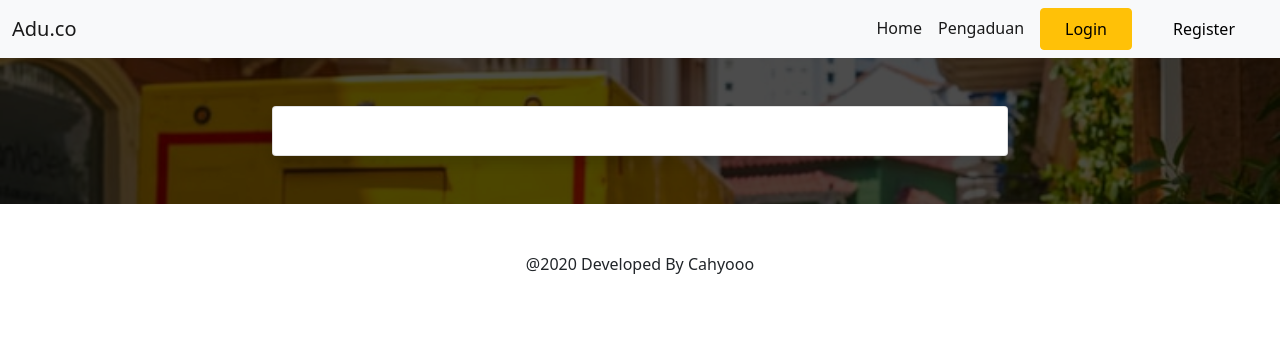
Repository: khulqu15/pengaduan2
Page: http://localhost/form/pengaduan
These files come from the project's save history. The page is drawn as it stood at one moment and after the next save; the edit follows.
The browser window is 1280 px wide. The pictures show the whole page.
The page is served by the project's Laravel application, run on PHP 8.4 with Laravel 8. Other server files are loaded and not shown.

Above is the page before, as saved 2021-02-23 21:21:32.

### routes/web.php
<?php

use App\Http\Controllers\PageController;
use App\Http\Controllers\UserController;
use Illuminate\Support\Facades\Route;

/*
|--------------------------------------------------------------------------
| Web Routes
|--------------------------------------------------------------------------
|
| Here is where you can register web routes for your application. These
| routes are loaded by the RouteServiceProvider within a group which
| contains the "web" middleware group. Now create something great!
|
*/

Route::get('/', [PageController::class, 'home'])->name('home');

Route::get('form/pengaduan', [PageController::class, 'pengaduanGet'])->name('form.pengaduan');

Route::get('login', [UserController::class, 'loginGet'])->name('loginView');
Route::post('login', [UserController::class, 'loginPost'])->name('loginLogic');
Route::get('register', [UserController::class, 'registerGet'])->name('registerView');
Route::post('register', [UserController::class, 'registerPost'])->name('registerLogic');

### app/Http/Controllers/PageController.php
<?php

namespace App\Http\Controllers;

use Illuminate\Http\Request;

class PageController extends Controller
{
    public function home()
    {
        return view('welcome');
    }

    public function pengaduanGet()
    {
        return view('pengaduan');
    }
}

### resources/views/pengaduan.blade.php
@extends('layout.app')

@section('title', 'Pengaduan')

@section('content')
    <div class="container-fluid image-footer-home py-5">
        <div class="overlay"></div>
        <div class="container position-relative">
            <div class="row">
                <div class="col-md-8 offset-md-2">
                    <div class="card bg-white shadow p-4">

                    </div>
                </div>
            </div>
        </div>
    </div>
@endsection

### resources/views/layout/app.blade.php
<!DOCTYPE html>
<html lang="en">
<head>
    <meta charset="UTF-8">
    <meta name="viewport" content="width=device-width, initial-scale=1.0">
    <meta http-equiv="X-UA-Compatible" content="ie=edge">
    <title>Pengaduan | @yield('title')</title>

    <link rel="stylesheet" href="{{ asset('css/bootstrap.min.css') }}">
    <link rel="stylesheet" href="{{ asset('css/all.min.css') }}">
    <link rel="stylesheet" href="{{ asset('css/fontawesome.min.css') }}">
    <link rel="stylesheet" href="{{ asset('css/style.css') }}">
    <link rel="stylesheet" href="{{ asset('css/slick.css') }}">
    <link rel="stylesheet" href="{{ asset('css/slick-theme.css') }}">

    <script src="{{ asset('js/jquery-3.5.1.min.js') }}"></script>
    <script src="{{ asset('js/bootstrap.min.js') }}"></script>
    <script src="{{ asset('js/all.min.js') }}"></script>
    <script src="{{ asset('js/fontawesome.min.js') }}"></script>
    <script src="{{ asset('js/slick.min.js') }}"></script>

    @yield('assets')

</head>
<body>
    <nav class="navbar navbar-expand-lg navbar-light bg-light">
        <div class="container-fluid">
          <a class="navbar-brand" href="#">Adu.co</a>
          <button class="navbar-toggler" type="button" data-bs-toggle="collapse" data-bs-target="#navbarSupportedContent" aria-controls="navbarSupportedContent" aria-expanded="false" aria-label="Toggle navigation">
            <span class="navbar-toggler-icon"></span>
          </button>
          <div class="collapse navbar-collapse" id="navbarSupportedContent">
            <ul class="navbar-nav ms-auto mb-2 mb-lg-0">
              <li class="nav-item">
                <a class="nav-link active" aria-current="page" href="{{ route('home') }}">Home</a>
              </li>
              <li class="nav-item">
                <a class="nav-link active" aria-current="page" href="{{ route('form.pengaduan') }}">Pengaduan</a>
              </li>
              <li class="nav-item">
                <a class="btn btn-warning mx-2 px-4 py-2" href="{{ route('loginView') }}">Login</a>
              </li>
              <li class="nav-item">
                <a class="btn btn-light mx-2 px-4 py-2" href="{{ route('registerView') }}">Register</a>
              </li>
            </ul>
          </div>
        </div>
      </nav>

    @yield('content')

    <footer class="container-fluid py-5">
        <div class="row">
            <div class="col-md-12 text-center">
                @2020 Developed By Cahyooo
            </div>
        </div>
    </footer>
</body>
</html>

### public/css/style.css
body {
    overflow-x: hidden !important;
}
.viga {
    font-family: 'Viga', sans-serif;
}
.bgm-primary {
    background-color: #E62A2A !important;
}
.btnm-primary {
    border: none;
    border-radius: 0px !important;
    transition: all .3s ease-in-out;
    background-color: #E62A2A !important;
    padding: 1rem 2rem;
    color: white;
}
.text-right {
    text-align: right !important;
}
.cursor-point {
    cursor: pointer;
}
.btnm-primary:hover {
    color: white !important;
    background-color: #c01c1c !important;
}
.btnm-light {
    border: none;
    border-radius: 0px !important;
    transition: all .3s ease-in-out;
    background-color: #f2f2f2 !important;
    padding: 1rem 2rem;
    color: #292929;
}
.btnm-light:hover {
    color: #292929 !important;
    background-color: #c2c2c2 !important;
}
.textm-primary {
    color: #E62A2A !important;
}
.textm-gray {
    color: gray !important;
}

.input-search-home {
    width: 80%;
    position: absolute;
    left: 10%;
    height: 60px;
    box-shadow: 0px 20px 40px -6px rgba(0, 0, 0, 0.12);
    top: -50px;
    background-color: white;
}
.input-search-home input {
    height: 60px;
}
.input-search-home button,
.input-search-home a {
    position: relative;
    top: -10px;
}


.card-product {
    width: 100%;
    transition: all .3s ease-in-out;
    height: 370px;
    background-color: white;
}
.card-product:hover {
    box-shadow: 12px 24px 48px rgba(0, 0, 0, 0.09);
}
.card-product .image {
    width: 100%;
    height: 170px;
    background-color: #f36c6c;
    overflow: hidden;
}
.card-product .image img {
    transition: all .3s ease-in-out;
}
.card-product .image:hover img {
    transform: scale(1.1);
    opacity: .6;
}
.image-fit-card {
    width: 100%;
    height: 100%;
    object-fit: cover !important;
}
.card-product .line-category {
    display: inline-block;
    width: 20px;
    height: 3px;
    background-color: gray;
}

.bg-hammer-bottom {
    background: url('../img/wallpaper/hammer.png');
    background-attachment: fixed;
    background-position: center;
    background-size: cover;
}

.input-email-footer {
    position: relative;
    width: 100%;
    height: 70px;
    box-shadow: 0px 19px 38px rgba(0, 0, 0, 0.12);
    background-color: white;
}
.input-email-footer input {
    height: 70px;
    width: 100%;
}
.input-email-footer button {
    position: relative;
    top: -8px
}

.menu-footer {
    color: rgba(255, 255, 255, .5);
}
.menu-footer:hover {
    color: rgba(255, 255, 255, 1);
    cursor: pointer;
    transition: all .4s ease-in-out;
}
.menu-footer .icon {
    position: absolute;
    right: -50px;
    opacity: 0;
    transition: all .2s ease-in-out;
    visibility: hidden;
}
.menu-footer:hover .icon {
    position: relative;
    opacity: 1;
    right: 0;
    visibility: visible;
}
.menu-footer .menu-title {
    transition: all .2s ease-in-out;
    position: relative;
    font-size: 3rem;
    right: -10px;
}
.menu-footer:hover .menu-title {
    position: relative;
    right: 0px;
}

.icons-footer svg {
    transition: all .2s ease-in-out;
    color: #c2c2c2;
    margin: 0px .8rem;
    font-size: 1.4rem;
}

.icons-footer svg:hover {
    cursor: pointer;
    color: #767676;
}

.navbar {
    transition: all .3s ease-in-out;
    z-index: 100;
}
.burger {
    margin: 10px 0px 0px 0px;
}
.burger div {
    width: 40px;
    height: 5px;
    margin: 7px 0px;
    background-color: #767676;
}
.image-footer-home {
    background-image: url('../img/wallpaper/1.jpg');
    background-size: cover;
    background-attachment: fixed;
    position: relative;
}
.image-footer-home .overlay {
    background-color: rgba(0, 0, 0, 0.7);
    position: absolute;
    left: 0;
    top: 0;
    width: 100%;
    height: 100%;
}

Loaded but not shown: app/Http/Controllers/Controller.php (common file); public/css/bootstrap.min.css (library); public/css/all.min.css (library); public/css/fontawesome.min.css (library); public/css/slick.css (common file); public/css/slick-theme.css (library); public/js/jquery-3.5.1.min.js (library); public/js/bootstrap.min.js (library); public/js/fontawesome.min.js (library); public/js/slick.min.js (library)

After the next save:
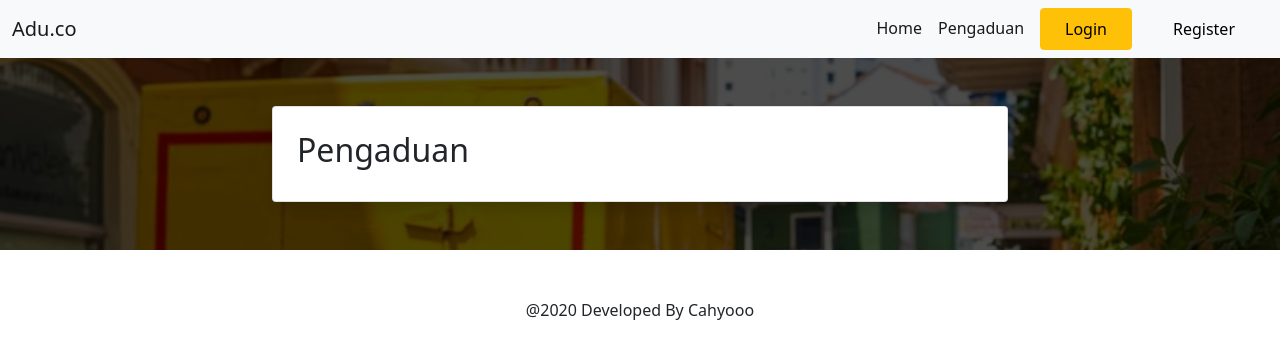
Saved 8 s later.
--- a/resources/views/pengaduan.blade.php
+++ b/resources/views/pengaduan.blade.php
@@ -9,7 +9,7 @@
             <div class="row">
                 <div class="col-md-8 offset-md-2">
                     <div class="card bg-white shadow p-4">
-
+                        <h2>Pengaduan</h2>
                     </div>
                 </div>
             </div>
